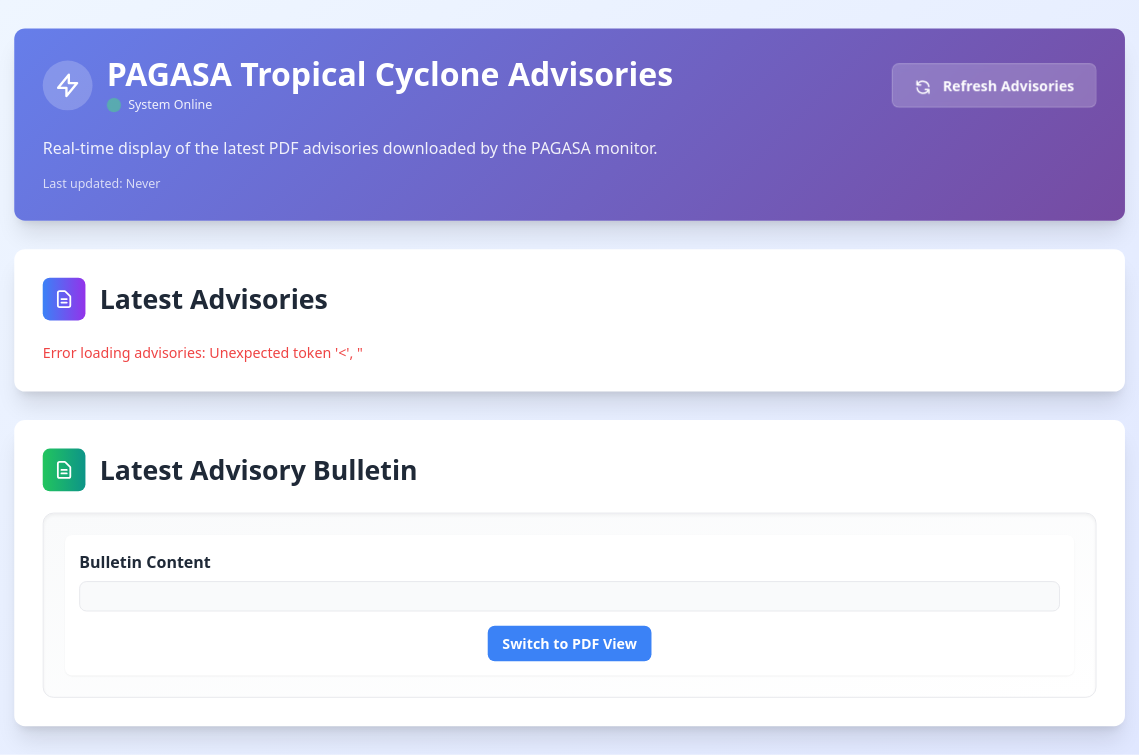
Repository: JetSpy-404/Heat-Mapping-For-Disaster-Risk-Prone-Areas
Page: pdf_viewer.html
An editor plug-in stored every save of this project. The page is shown before and after the next save, followed by the edit.
The browser window is 1280 px wide. The pictures show the whole page, at 89% of full size.
Some web libraries are served in a nearby version.

Above is the page before, as saved 2025-11-09 21:22:53.

### pdf_viewer.html
<!DOCTYPE html>
<html lang="en">
<head>
    <meta charset="UTF-8">
    <meta name="viewport" content="width=device-width, initial-scale=1.0">
    <title>PAGASA Advisories Viewer</title>
    <script src="https://cdn.tailwindcss.com"></script>
    <style>
        .status-indicator.updating {
            animation: pulse 1s infinite;
        }
        @keyframes pulse {
            0%, 100% { opacity: 1; }
            50% { opacity: 0.5; }
        }
        .card-hover {
            transition: transform 0.2s ease, box-shadow 0.2s ease;
        }
        .card-hover:hover {
            transform: translateY(-2px);
            box-shadow: 0 10px 25px rgba(0, 0, 0, 0.1);
        }
        .gradient-bg {
            background: linear-gradient(135deg, #667eea 0%, #764ba2 100%);
        }
        .modal-backdrop {
            backdrop-filter: blur(4px);
        }
        .loading-spinner {
            border: 4px solid #f3f3f3;
            border-top: 4px solid #3498db;
            border-radius: 50%;
            width: 40px;
            height: 40px;
            animation: spin 1s linear infinite;
        }
        @keyframes spin {
            0% { transform: rotate(0deg); }
            100% { transform: rotate(360deg); }
        }
    </style>
</head>
<body class="bg-gradient-to-br from-blue-50 to-indigo-100 min-h-screen py-8 px-4">
    <div class="max-w-7xl mx-auto">
        <!-- Header Section -->
        <div class="gradient-bg rounded-xl shadow-xl p-8 mb-8 text-white">
            <div class="flex items-center justify-between mb-6">
                <div class="flex items-center">
                    <div class="bg-white bg-opacity-20 p-3 rounded-full mr-4">
                        <svg class="w-8 h-8" fill="none" stroke="currentColor" viewBox="0 0 24 24">
                            <path stroke-linecap="round" stroke-linejoin="round" stroke-width="2" d="M13 10V3L4 14h7v7l9-11h-7z"></path>
                        </svg>
                    </div>
                    <div>
                        <h1 class="text-4xl font-bold mb-1">PAGASA Tropical Cyclone Advisories</h1>
                        <div class="flex items-center">
                            <span class="status-indicator mr-2 w-4 h-4 bg-green-400 rounded-full animate-pulse" id="status-indicator"></span>
                            <span class="text-sm opacity-90">System Online</span>
                        </div>
                    </div>
                </div>
                <button class="bg-white bg-opacity-20 hover:bg-opacity-30 text-white font-semibold py-3 px-6 rounded-lg transition duration-300 refresh-btn backdrop-blur-sm border border-white border-opacity-20" onclick="refreshPDFs()">
                    <svg class="w-5 h-5 inline mr-2" fill="none" stroke="currentColor" viewBox="0 0 24 24">
                        <path stroke-linecap="round" stroke-linejoin="round" stroke-width="2" d="M4 4v5h.582m15.356 2A8.001 8.001 0 004.582 9m0 0H9m11 11v-5h-.581m0 0a8.003 8.003 0 01-15.357-2m15.357 2H15"></path>
                    </svg>
                    Refresh Advisories
                </button>
            </div>
            <p class="text-lg opacity-90 mb-4">Real-time display of the latest PDF advisories downloaded by the PAGASA monitor.</p>
            <div class="flex items-center justify-between">
                <p class="text-sm opacity-75" id="last-updated">Last updated: Never</p>
                <div class="loading hidden flex items-center text-sm opacity-90" id="loading">
                    <div class="loading-spinner mr-3"></div>
                    Loading advisories...
                </div>
            </div>
        </div>

        <!-- Advisories List -->
        <div id="advisories-list" class="bg-white rounded-xl shadow-xl p-8 card-hover">
            <div class="flex items-center mb-6">
                <div class="bg-gradient-to-r from-blue-500 to-purple-600 p-3 rounded-lg mr-4">
                    <svg class="w-6 h-6 text-white" fill="none" stroke="currentColor" viewBox="0 0 24 24">
                        <path stroke-linecap="round" stroke-linejoin="round" stroke-width="2" d="M9 12h6m-6 4h6m2 5H7a2 2 0 01-2-2V5a2 2 0 012-2h5.586a1 1 0 01.707.293l5.414 5.414a1 1 0 01.293.707V19a2 2 0 01-2 2z"></path>
                    </svg>
                </div>
                <h2 class="text-3xl font-bold text-gray-800">Latest Advisories</h2>
            </div>
            <ul id="advisories-ul" class="space-y-6">
                <!-- Advisories will be loaded here dynamically -->
            </ul>
        </div>

        <!-- Latest PDF Display -->
        <div id="latest-pdf-display" class="bg-white rounded-xl shadow-xl p-8 mt-8 card-hover">
            <div class="flex items-center mb-6">
                <div class="bg-gradient-to-r from-green-500 to-teal-600 p-3 rounded-lg mr-4">
                    <svg class="w-6 h-6 text-white" fill="none" stroke="currentColor" viewBox="0 0 24 24">
                        <path stroke-linecap="round" stroke-linejoin="round" stroke-width="2" d="M9 12h6m-6 4h6m2 5H7a2 2 0 01-2-2V5a2 2 0 012-2h5.586a1 1 0 01.707.293l5.414 5.414a1 1 0 01.293.707V19a2 2 0 01-2 2z"></path>
                    </svg>
                </div>
                <h2 class="text-3xl font-bold text-gray-800">Latest Advisory Bulletin</h2>
            </div>
            <div class="bg-gradient-to-br from-gray-50 to-white rounded-xl p-6 border border-gray-200 shadow-inner">
                <div class="bg-white rounded-lg p-4 shadow-sm">
                    <h3 class="text-lg font-semibold text-gray-800 mb-2">Bulletin Content</h3>
                    <div id="bulletin-text" class="text-sm text-gray-700 max-h-[400px] overflow-y-auto whitespace-pre-wrap bg-gray-50 p-4 rounded-lg border"></div>
                    <div class="mt-4 text-center">
                        <button onclick="toggleView()" id="toggle-view-btn" class="bg-blue-500 text-white hover:bg-blue-600 font-semibold py-2 px-4 rounded-lg transition duration-200">
                            Switch to PDF View
                        </button>
                    </div>
                    <iframe id="latest-pdf-iframe" class="w-full h-[400px] border border-gray-200 rounded-lg hidden" type="application/pdf"></iframe>
                </div>
            </div>
        </div>
    </div>

    <!-- PDF Modal -->
    <div id="pdf-modal" class="fixed inset-0 bg-black bg-opacity-50 hidden z-50">
        <div class="flex items-center justify-center min-h-screen p-4">
            <div class="bg-white rounded-lg shadow-2xl w-full max-w-6xl max-h-screen overflow-hidden">
                <div class="bg-gradient-to-r from-blue-600 to-blue-700 px-6 py-4 flex items-center justify-between">
                    <h2 id="modal-title" class="text-xl font-bold text-white">PDF Viewer</h2>
                    <button onclick="closePDFModal()" class="text-white hover:text-gray-200 transition duration-200">
                        <svg class="w-6 h-6" fill="none" stroke="currentColor" viewBox="0 0 24 24">
                            <path stroke-linecap="round" stroke-linejoin="round" stroke-width="2" d="M6 18L18 6M6 6l12 12"></path>
                        </svg>
                    </button>
                </div>
                <div class="p-6">
                    <iframe id="modal-pdf-iframe" class="w-full h-[80vh] border border-gray-200 rounded-lg" type="application/pdf"></iframe>
                </div>
            </div>
        </div>
    </div>

    <script>
        let lastUpdate = null;

        // Load PDFs on page load
        document.addEventListener('DOMContentLoaded', function() {
            loadPDFs();
            // Auto-refresh every 5 minutes
            setInterval(loadPDFs, 5 * 60 * 1000);

            // Start PAGASA monitor
            startPagasaMonitor();
        });

        async function loadPDFs() {
            const loading = document.getElementById('loading');
            const statusIndicator = document.getElementById('status-indicator');
            const container = document.getElementById('advisories-ul');

            loading.style.display = 'block';
            statusIndicator.classList.add('updating');

            try {
                const response = await fetch('list_pdfs.php');
                if (!response.ok) {
                    throw new Error(`HTTP ${response.status}: ${response.statusText}`);
                }

                const pdfs = await response.json();
                console.log('Loaded PDFs:', pdfs);

                if (pdfs.error) {
                    throw new Error(pdfs.error);
                }

                // Always display PDFs for now (remove update check to force refresh)
                displayAdvisories(pdfs);
                displayLatestPDF(pdfs);
                lastUpdate = pdfs.length > 0 ? pdfs[0].modified : null;

                // Update last updated time
                updateLastUpdatedTime();

            } catch (error) {
                console.error('Error loading PDFs:', error);
                container.innerHTML = `<li class="text-red-500">Error loading advisories: ${error.message}. Please check if PHP is running and try again.</li>`;
            } finally {
                loading.style.display = 'none';
                statusIndicator.classList.remove('updating');
            }
        }

        function displayAdvisories(pdfs) {
            const container = document.getElementById('advisories-ul');

            if (pdfs.length === 0) {
                container.innerHTML = `
                    <li class="text-gray-500 text-center py-8">
                        <svg class="w-16 h-16 mx-auto text-gray-400 mb-4" fill="none" stroke="currentColor" viewBox="0 0 24 24">
                            <path stroke-linecap="round" stroke-linejoin="round" stroke-width="2" d="M9 12h6m-6 4h6m2 5H7a2 2 0 01-2-2V5a2 2 0 012-2h5.586a1 1 0 01.707.293l5.414 5.414a1 1 0 01.293.707V19a2 2 0 01-2 2z"></path>
                        </svg>
                        <h3 class="text-xl font-semibold text-gray-700 mb-2">No PDF Advisories Found</h3>
                        <p class="text-gray-500">The monitor may still be downloading files. Please check back later.</p>
                    </li>
                `;
                return;
            }

            // Display only the latest and last hours advisory (first two in sorted list)
            const latestAdvisories = pdfs.slice(0, 2);

            let html = '';
            latestAdvisories.forEach(pdf => {
                const fileSizeMB = (pdf.size / (1024 * 1024)).toFixed(2);
                html += `
                    <li class="bg-gradient-to-r from-white to-gray-50 rounded-xl p-6 border border-gray-200 shadow-sm card-hover">
                        <div class="flex items-center justify-between">
                            <div class="flex-1">
                                <div class="flex items-center mb-3">
                                    <div class="bg-gradient-to-r from-blue-500 to-purple-600 p-2 rounded-lg mr-3">
                                        <svg class="w-5 h-5 text-white" fill="none" stroke="currentColor" viewBox="0 0 24 24">
                                            <path stroke-linecap="round" stroke-linejoin="round" stroke-width="2" d="M9 12h6m-6 4h6m2 5H7a2 2 0 01-2-2V5a2 2 0 012-2h5.586a1 1 0 01.707.293l5.414 5.414a1 1 0 01.293.707V19a2 2 0 01-2 2z"></path>
                                        </svg>
                                    </div>
                                    <h3 class="text-xl font-bold text-gray-800">
                                        ${formatPDFTitle(pdf.filename)}
                                    </h3>
                                </div>
                                <div class="grid grid-cols-1 md:grid-cols-2 gap-4 text-sm text-gray-600">
                                    <div class="flex items-center bg-white bg-opacity-50 rounded-lg p-3">
                                        <svg class="w-5 h-5 mr-3 text-blue-500" fill="none" stroke="currentColor" viewBox="0 0 24 24">
                                            <path stroke-linecap="round" stroke-linejoin="round" stroke-width="2" d="M12 8v4l3 3m6-3a9 9 0 11-18 0 9 9 0 0118 0z"></path>
                                        </svg>
                                        <div>
                                            <div class="font-semibold text-gray-800">Last Updated</div>
                                            <div>${pdf.modified}</div>
                                        </div>
                                    </div>
                                    <div class="flex items-center bg-white bg-opacity-50 rounded-lg p-3">
                                        <svg class="w-5 h-5 mr-3 text-green-500" fill="none" stroke="currentColor" viewBox="0 0 24 24">
                                            <path stroke-linecap="round" stroke-linejoin="round" stroke-width="2" d="M7 4V2a1 1 0 011-1h8a1 1 0 011 1v2m-9 0h10m-9 0V1m10 3V1m0 3l1 1v16a2 2 0 01-2 2H6a2 2 0 01-2-2V5l1-1z"></path>
                                        </svg>
                                        <div>
                                            <div class="font-semibold text-gray-800">File Size</div>
                                            <div>${fileSizeMB} MB</div>
                                        </div>
                                    </div>
                                </div>
                            </div>
                            <div class="flex flex-col space-y-3 ml-6">
                                <button onclick="viewFullPDF('${pdf.path}', '${formatPDFTitle(pdf.filename)}')" class="bg-gradient-to-r from-blue-500 to-blue-600 text-white hover:from-blue-600 hover:to-blue-700 font-semibold py-3 px-6 rounded-lg transition duration-300 flex items-center shadow-lg">
                                    <svg class="w-5 h-5 mr-2" fill="none" stroke="currentColor" viewBox="0 0 24 24">
                                        <path stroke-linecap="round" stroke-linejoin="round" stroke-width="2" d="M15 12a3 3 0 11-6 0 3 3 0 016 0z"></path>
                                        <path stroke-linecap="round" stroke-linejoin="round" stroke-width="2" d="M2.458 12C3.732 7.943 7.523 5 12 5c4.478 0 8.268 2.943 9.542 7-1.274 4.057-5.064 7-9.542 7-4.477 0-8.268-2.943-9.542-7z"></path>
                                    </svg>
                                    View Full PDF
                                </button>
                                <a href="${pdf.path}" target="_blank" class="bg-gradient-to-r from-green-500 to-green-600 text-white hover:from-green-600 hover:to-green-700 font-semibold py-3 px-6 rounded-lg transition duration-300 flex items-center shadow-lg text-center">
                                    <svg class="w-5 h-5 mr-2" fill="none" stroke="currentColor" viewBox="0 0 24 24">
                                        <path stroke-linecap="round" stroke-linejoin="round" stroke-width="2" d="M12 10v6m0 0l-3-3m3 3l3-3m2 8H7a2 2 0 01-2-2V5a2 2 0 012-2h5.586a1 1 0 01.707.293l5.414 5.414a1 1 0 01.293.707V19a2 2 0 01-2 2z"></path>
                                    </svg>
                                    Download PDF
                                </a>
                            </div>
                        </div>
                    </li>
                `;
            });

            container.innerHTML = html;
        }

        function formatPDFTitle(filename) {
            // Convert filename to readable title
            return filename
                .replace('.pdf', '')
                .replace(/_/g, ' ')
                .replace(/\b\w/g, l => l.toUpperCase());
        }

        function viewFullPDF(pdfPath, title) {
            const modal = document.getElementById('pdf-modal');
            const modalTitle = document.getElementById('modal-title');
            const modalIframe = document.getElementById('modal-pdf-iframe');

            modalTitle.textContent = title;
            modalIframe.src = pdfPath;
            modal.classList.remove('hidden');

            // Prevent body scroll when modal is open
            document.body.style.overflow = 'hidden';
        }

        async function displayLatestPDF(pdfs) {
            const iframe = document.getElementById('latest-pdf-iframe');
            const bulletinText = document.getElementById('bulletin-text');
            const toggleBtn = document.getElementById('toggle-view-btn');

            if (pdfs.length > 0) {
                const pdf = pdfs[0];

                // Extract text from PDF
                try {
                    const response = await fetch(`extract_pdf_text.php?path=${encodeURIComponent(pdf.path)}`);
                    const data = await response.json();

                    if (data.text) {
                        // Display text content
                        bulletinText.textContent = data.text;
                        bulletinText.style.display = 'block';
                        iframe.style.display = 'none';
                        toggleBtn.textContent = 'Switch to PDF View';
                    } else {
                        // Fallback to PDF view
                        bulletinText.style.display = 'none';
                        iframe.style.display = 'block';
                        iframe.src = pdf.path;
                        toggleBtn.textContent = 'Switch to Text View';
                    }
                } catch (error) {
                    console.error('Error extracting PDF text:', error);
                    // Fallback to PDF view
                    bulletinText.style.display = 'none';
                    iframe.style.display = 'block';
                    iframe.src = pdf.path;
                    toggleBtn.textContent = 'Switch to Text View';
                }

                // Always set iframe as backup
                iframe.src = pdf.path;
            } else {
                bulletinText.textContent = 'No bulletin content available.';
                bulletinText.style.display = 'block';
                iframe.style.display = 'none';
                toggleBtn.textContent = 'Switch to PDF View';
            }
        }

        function toggleView() {
            const iframe = document.getElementById('latest-pdf-iframe');
            const bulletinText = document.getElementById('bulletin-text');
            const toggleBtn = document.getElementById('toggle-view-btn');

            if (bulletinText.style.display === 'none') {
                bulletinText.style.display = 'block';
                iframe.style.display = 'none';
                toggleBtn.textContent = 'Switch to PDF View';
            } else {
                bulletinText.style.display = 'none';
                iframe.style.display = 'block';
                toggleBtn.textContent = 'Switch to Text View';
            }
        }



        function closePDFModal() {
            const modal = document.getElementById('pdf-modal');
            const modalIframe = document.getElementById('modal-pdf-iframe');

            modal.classList.add('hidden');
            modalIframe.src = '';

            // Restore body scroll
            document.body.style.overflow = 'auto';
        }

        function updateLastUpdatedTime() {
            const lastUpdatedElement = document.getElementById('last-updated');
            const now = new Date();
            const timeString = now.toLocaleString();
            lastUpdatedElement.textContent = `Last updated: ${timeString}`;
        }

        // PAGASA Monitor Integration - Check for updates via PHP
        function startPagasaMonitor() {
            console.log('Starting PAGASA Monitor check...');

            // Check for new advisories immediately on load
            checkForNewAdvisories();

            // Check every 5 minutes (300000 ms)
            setInterval(checkForNewAdvisories, 5 * 60 * 1000);
        }

        async function checkForNewAdvisories() {
            try {
                console.log('Checking for new PAGASA advisories...');

                // Call PHP endpoint to check and download new advisories
                const response = await fetch('check_advisories.php');
                if (!response.ok) {
                    throw new Error(`HTTP ${response.status}: ${response.statusText}`);
                }

                const result = await response.json();
                console.log('Advisory check result:', result);

                if (result.new_advisories && result.new_advisories.length > 0) {
                    console.log(`Found ${result.new_advisories.length} new advisories!`);

                    // Show notification
                    showNotification(`Downloaded ${result.new_advisories.length} new advisory(ies)!`, 'success');

                    // Refresh the display
                    loadPDFs();
                } else {
                    console.log('No new advisories found');
                }

            } catch (error) {
                console.error('Error checking for new advisories:', error);
                showNotification('Failed to check for new advisories', 'error');
            }
        }

        function showNotification(message, type = 'info') {
            // Create notification element
            const notification = document.createElement('div');
            notification.className = `fixed top-4 right-4 px-6 py-3 rounded-lg shadow-lg z-50 ${
                type === 'success' ? 'bg-green-500 text-white' :
                type === 'error' ? 'bg-red-500 text-white' :
                'bg-blue-500 text-white'
            }`;
            notification.innerHTML = `
                <div class="flex items-center">
                    <span>${message}</span>
                    <button onclick="this.parentElement.parentElement.remove()" class="ml-4 text-white hover:text-gray-200">
                        <svg class="w-4 h-4" fill="none" stroke="currentColor" viewBox="0 0 24 24">
                            <path stroke-linecap="round" stroke-linejoin="round" stroke-width="2" d="M6 18L18 6M6 6l12 12"></path>
                        </svg>
                    </button>
                </div>
            `;

            document.body.appendChild(notification);

            // Auto-remove after 5 seconds
            setTimeout(() => {
                if (notification.parentElement) {
                    notification.remove();
                }
            }, 5000);
        }

        function refreshPDFs() {
            loadPDFs();
        }

        // Manual refresh function exposed globally
        window.refreshPDFs = refreshPDFs;

        // Close modal when clicking outside
        document.getElementById('pdf-modal').addEventListener('click', function(e) {
            if (e.target === this) {
                closePDFModal();
            }
        });

        // Close modal with Escape key
        document.addEventListener('keydown', function(e) {
            if (e.key === 'Escape') {
                closePDFModal();
            }
        });
    </script>
</body>
</html>

After the next save:
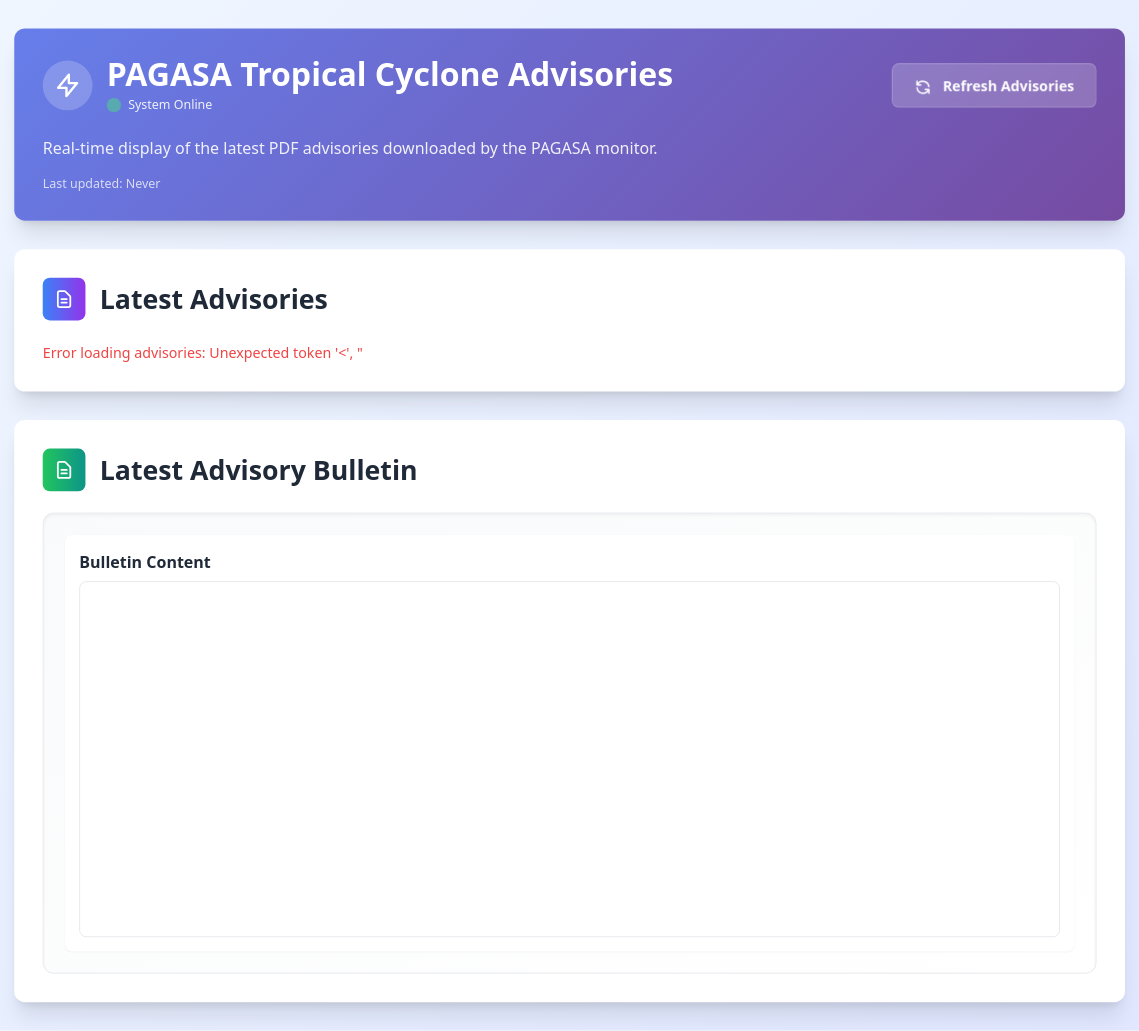
Saved 74 s later.
--- a/pdf_viewer.html
+++ b/pdf_viewer.html
@@ -104,13 +104,7 @@
             <div class="bg-gradient-to-br from-gray-50 to-white rounded-xl p-6 border border-gray-200 shadow-inner">
                 <div class="bg-white rounded-lg p-4 shadow-sm">
                     <h3 class="text-lg font-semibold text-gray-800 mb-2">Bulletin Content</h3>
-                    <div id="bulletin-text" class="text-sm text-gray-700 max-h-[400px] overflow-y-auto whitespace-pre-wrap bg-gray-50 p-4 rounded-lg border"></div>
-                    <div class="mt-4 text-center">
-                        <button onclick="toggleView()" id="toggle-view-btn" class="bg-blue-500 text-white hover:bg-blue-600 font-semibold py-2 px-4 rounded-lg transition duration-200">
-                            Switch to PDF View
-                        </button>
-                    </div>
-                    <iframe id="latest-pdf-iframe" class="w-full h-[400px] border border-gray-200 rounded-lg hidden" type="application/pdf"></iframe>
+                    <iframe id="latest-pdf-iframe" class="w-full h-[400px] border border-gray-200 rounded-lg" type="application/pdf"></iframe>
                 </div>
             </div>
         </div>
